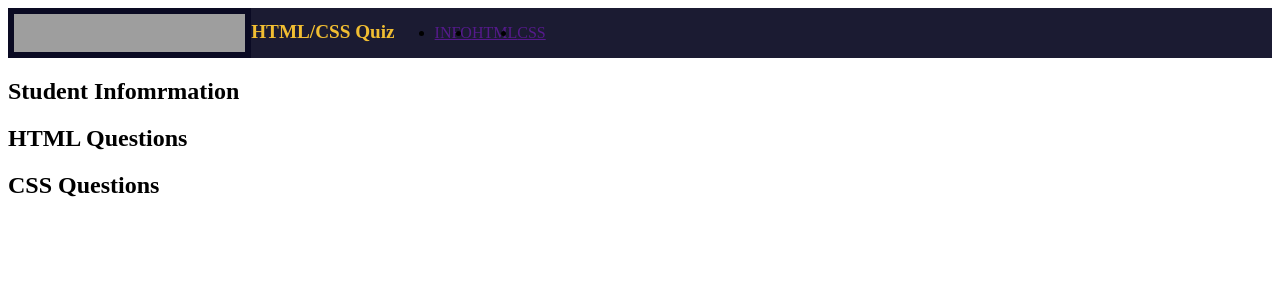
Repository: Lungdjos/accessibility_build_quiz
Page: index.html
An editor plug-in stored every save of this project. The page is shown before and after a run of saves, followed by the edit.
The browser window is 1280 px wide. The pictures show the whole page.
Pictures or frames that could not be fetched are drawn as grey boxes.

Above is the page before, as saved 2023-10-28 04:35:32.

After the next 4 saves:
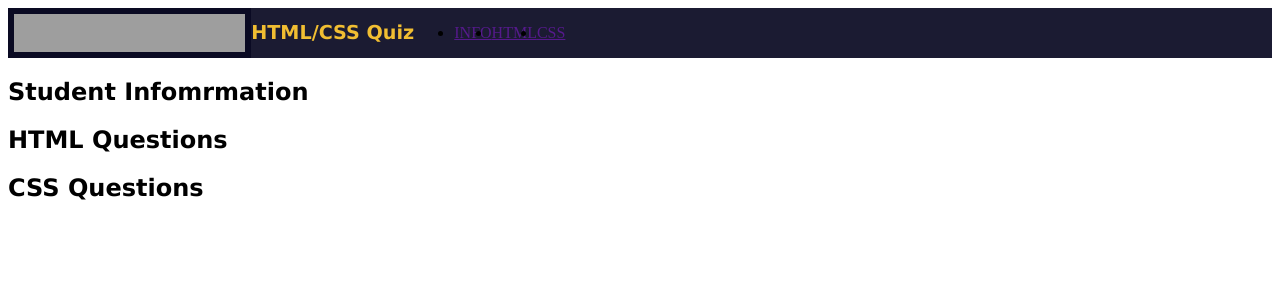
The 4 saves are shown as one change because they came seconds apart.
The last was saved 11 s later.
--- a/styles.css
+++ b/styles.css
@@ -24,4 +24,6 @@
 }
 
 h1,
-h2 {}
+h2 {
+    font-family: Verdana, Geneva, Tahoma, sans-serif;
+}

After the save that followed:
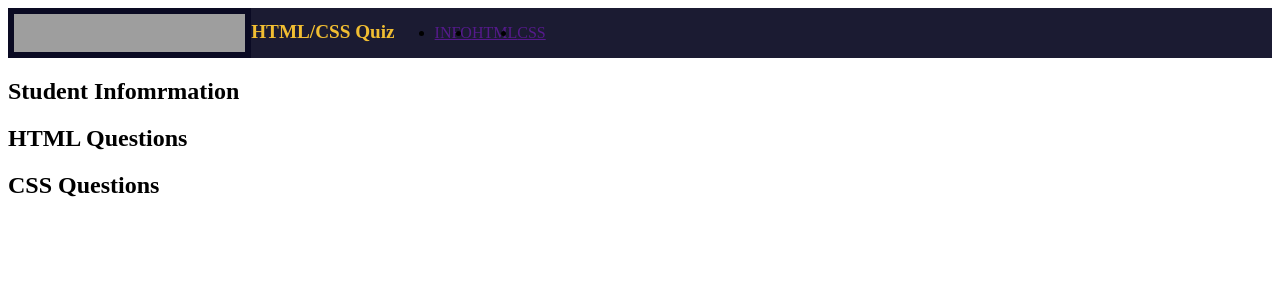
Saved 7 s later.
--- a/styles.css
+++ b/styles.css
@@ -25,5 +25,5 @@
 
 h1,
 h2 {
-    font-family: Verdana, Geneva, Tahoma, sans-serif;
+    font-family: Verdana, ;
 }
